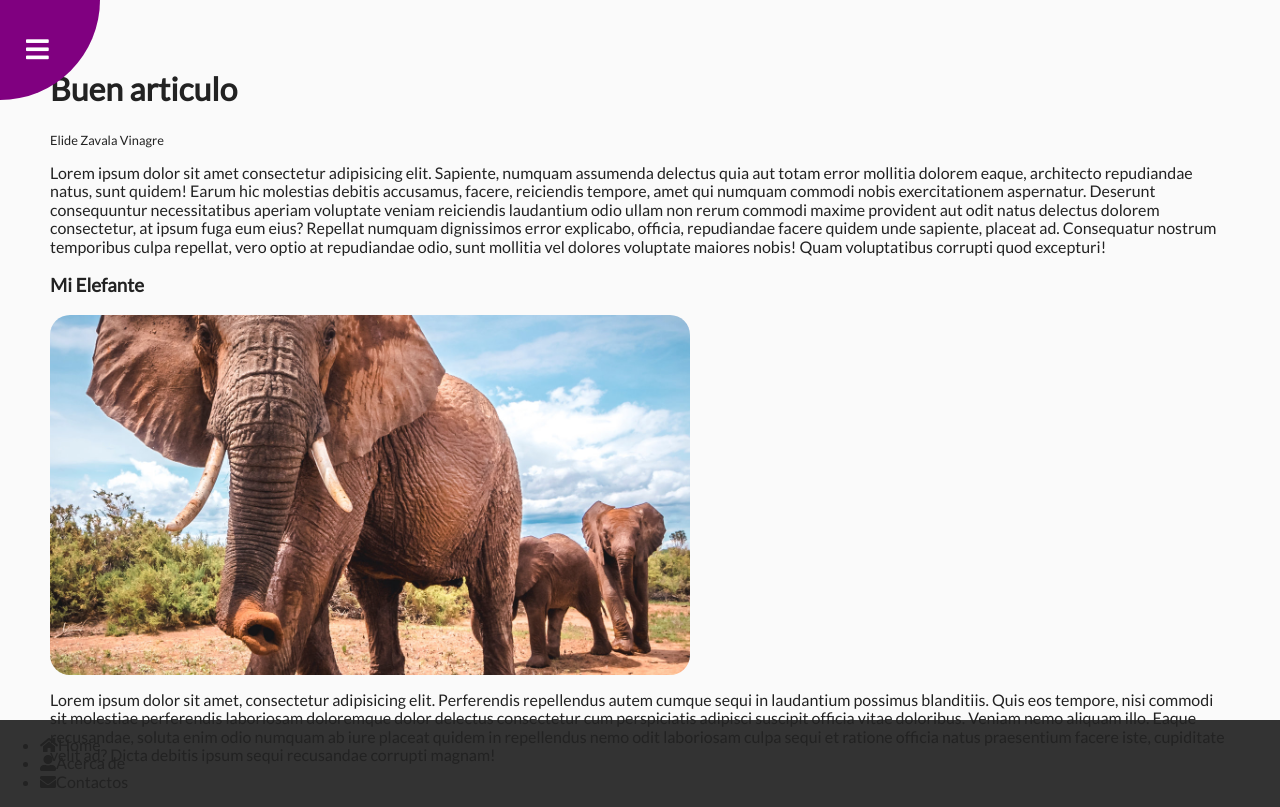
Repository: ElideZavala/Navagacion-en-rotacion
Page: index.html
The author's editor kept a copy of each file at every save. The page is drawn from the files as they stood at one save, then again after the next save.
The browser window is 1280 px wide. The pictures show the whole page.

Above is the page before, as saved 2021-05-29 09:22:34.

After the next save:
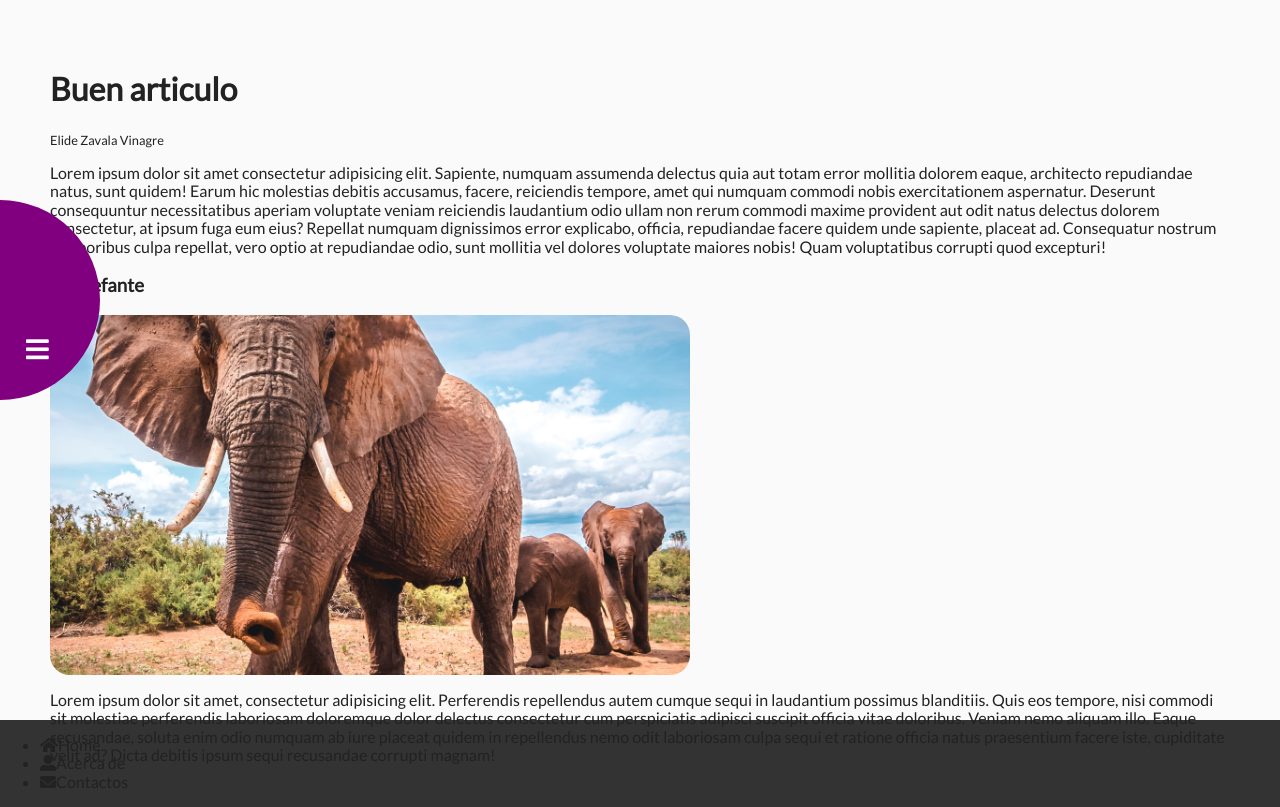
Saved 39 s later.
--- a/style.css
+++ b/style.css
@@ -35,7 +35,7 @@
 
 .circle-container {
 	position: fixed;
-	top: -100px;
+	top: 200px;
 	left: -100px;
 }
 

After the save that followed:
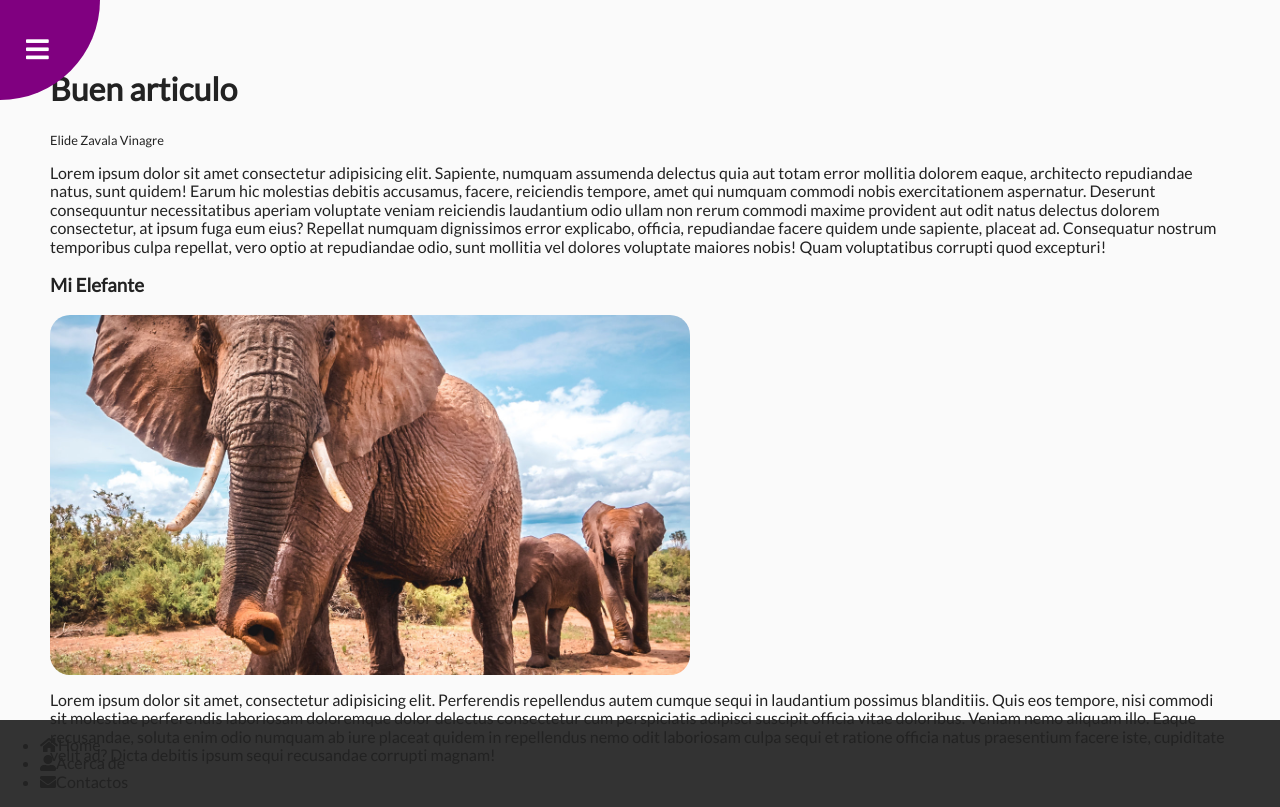
Saved 6 s later.
--- a/style.css
+++ b/style.css
@@ -35,7 +35,7 @@
 
 .circle-container {
 	position: fixed;
-	top: 200px;
+	top: -100px;
 	left: -100px;
 }
 
